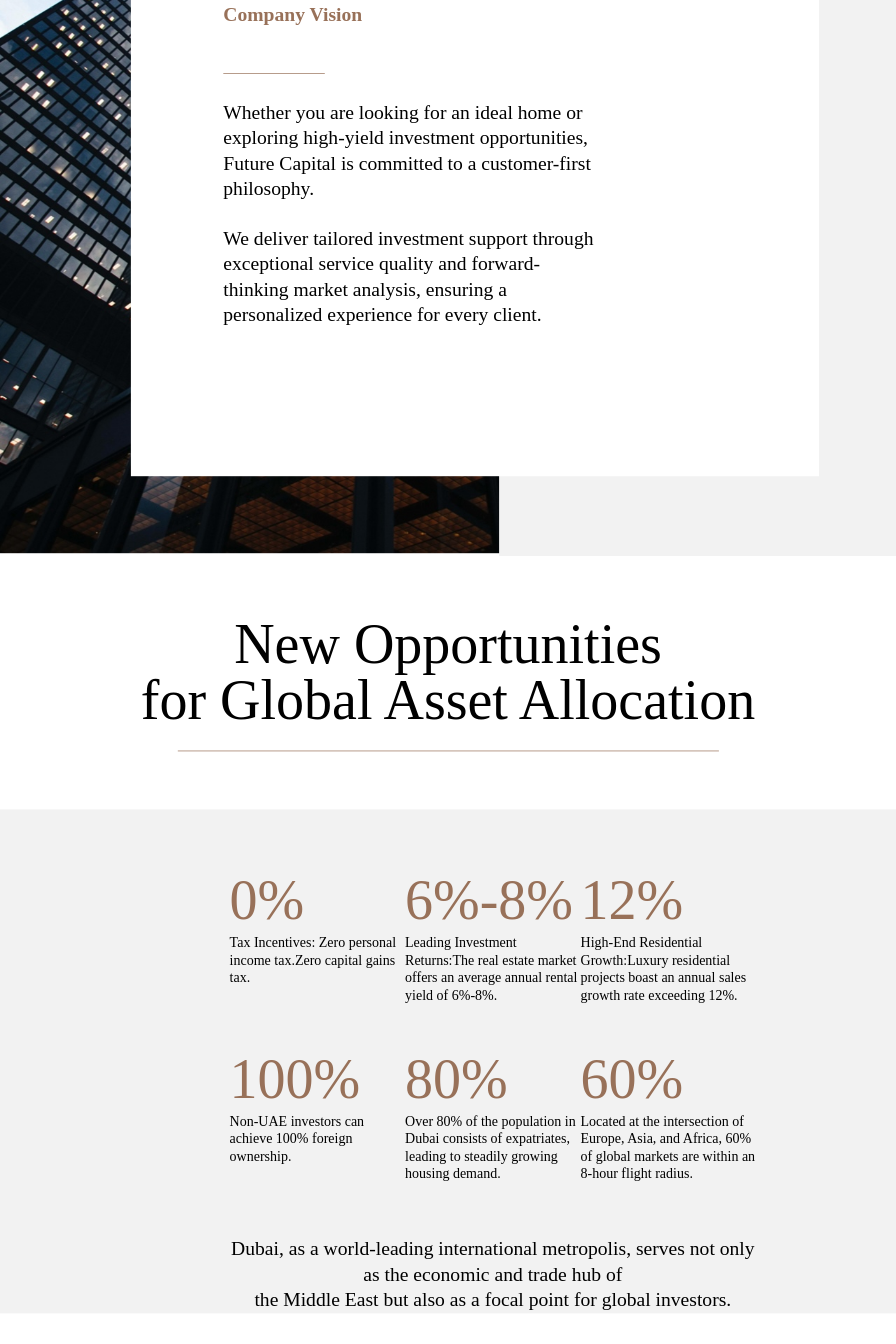
Repository: hcliu987/FutureCapital
Page: /
The author's editor kept a copy of each file at every save. The page is drawn from the files as they stood at one save, then again after the next save.
The browser window is 1280 px wide. The pictures show the part of the page from y = 2515 to 4435 px (the page is 8610 px tall), at 70% of full size.
The project was rebuilt for these pictures with package versions that can differ from the ones it lists, and the page was loaded fresh each time. Also part of the build but not shown: vue.config.js.

Above is the page before, as saved 2025-01-18 15:15:17.

After the next save:
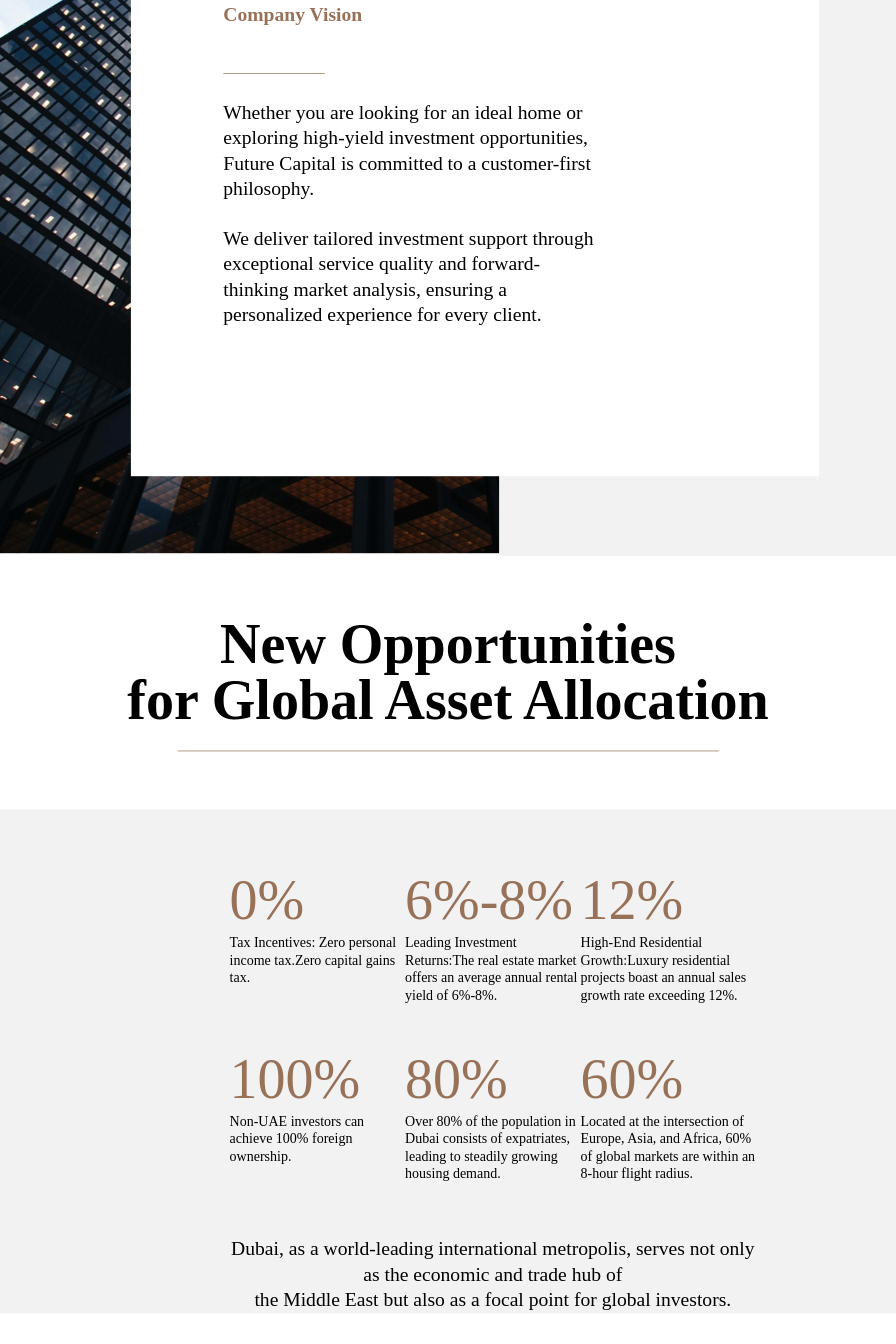
Saved 3 min 46 s later.
--- a/src/components/homePage.vue
+++ b/src/components/homePage.vue
@@ -398,6 +398,8 @@
   font-size: 80px;
   color: #000;
   line-height: 80px;
+  font-weight: 700;
+  font-family: Outfit Bold;
 }
 .invest .top .line {
   height: 1px;
